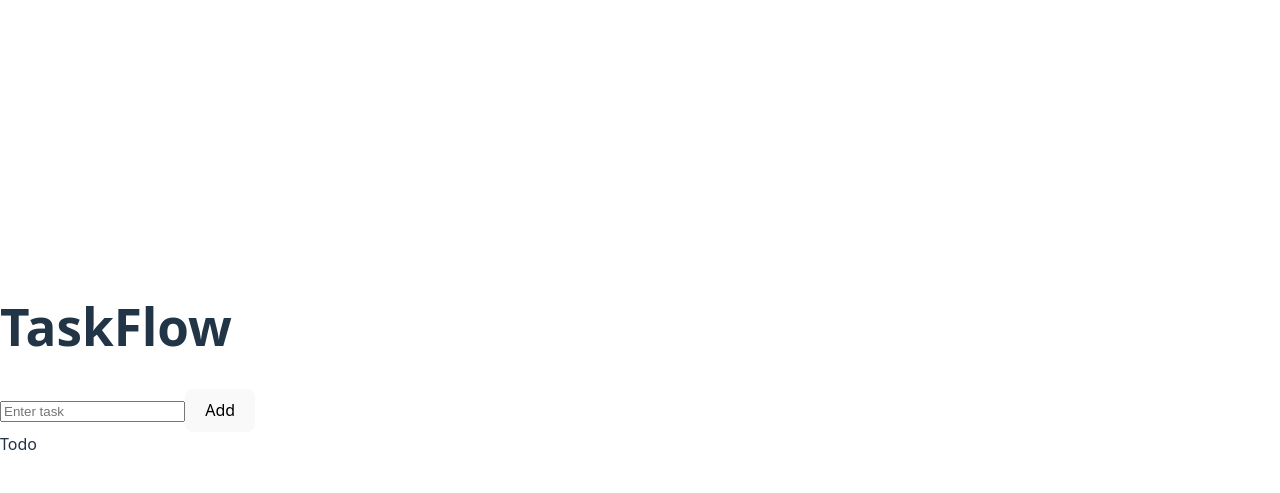
Repository: lissaintech/TaskFlow
Page: /
These files come from the project's save history. The page is drawn as it stood at one moment and after a run of saves; the edit follows.
The browser window is 1280 px wide. The pictures show the whole page.
The project was rebuilt for these pictures with package versions that can differ from the ones it lists, and the page was loaded fresh each time. Also part of the build but not shown: vite.config.js.

Above is the page before, as saved 2026-02-11 15:31:48.

After the next 4 saves:
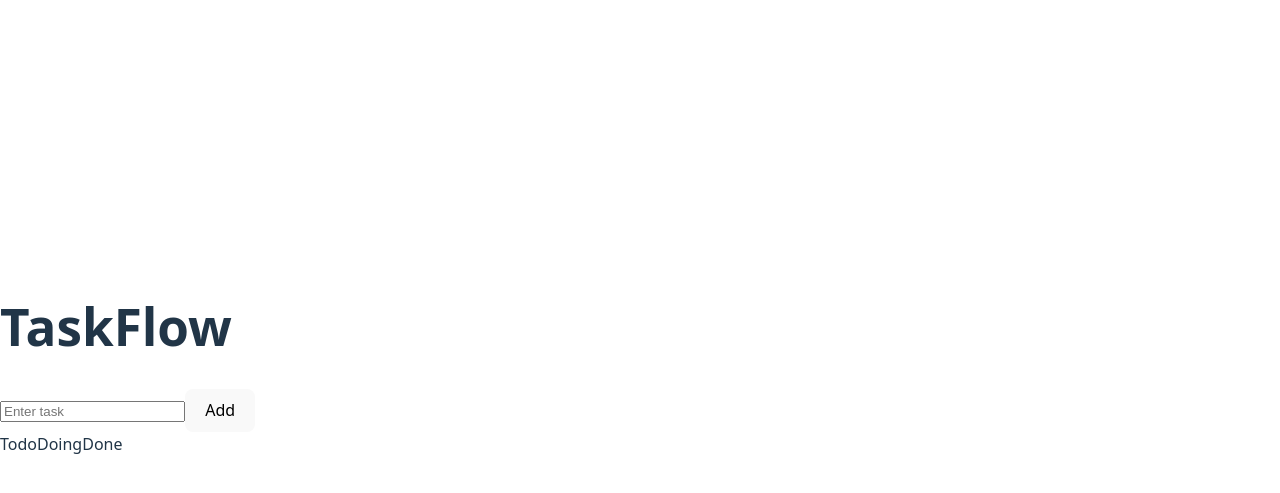
The 4 saves are shown as one change because they came seconds apart.
The last was saved 10 s later.
--- a/src/App.jsx
+++ b/src/App.jsx
@@ -58,7 +58,7 @@
       <div style={{display: "flex", gap: "40px"}}>
 
         {
-          ["Todo"]
+          ["Todo", "Doing", "Done"]
         }
 
       </div>
